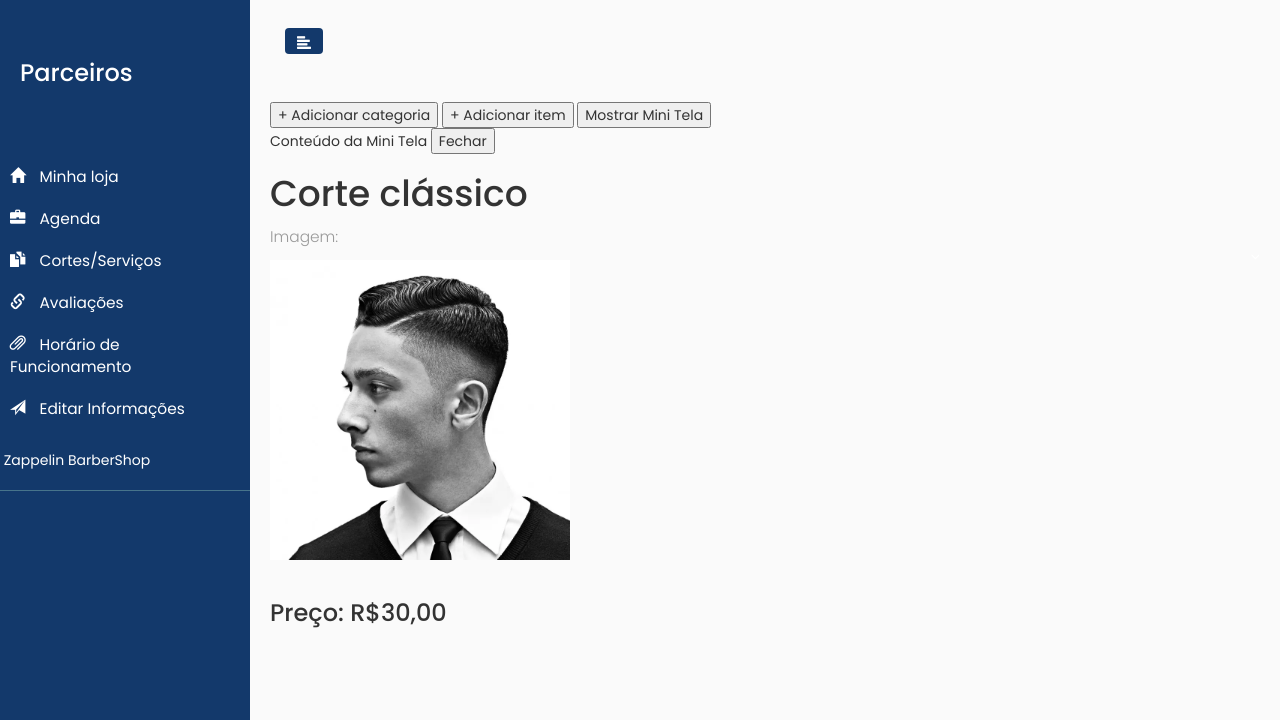
Repository: aquilesascar/barberconnect
Page: http://localhost/corteclassico.php
An editor plug-in stored every save of this project. The page is shown before and after a run of saves, followed by the edit.
The browser window is 1280 px wide. The pictures show the whole page.
The page is run by PHP 8.4 with error messages shown; the project is at /var/www/html/.

Above is the page before, as saved 2023-10-09 14:33:22.

### corteclassico.php
<!DOCTYPE html>
<html>

<head>
    <meta charset="utf-8">
    <meta name="viewport" content="width=device-width, initial-scale=1.0">
    <meta http-equiv="X-UA-Compatible" content="IE=edge">

    <title>Barra de tarefas</title>

    <!-- Bootstrap CSS CDN -->
    <link rel="stylesheet" href="https://maxcdn.bootstrapcdn.com/bootstrap/3.3.7/css/bootstrap.min.css">
    <!-- Our Custom CSS -->
    <link rel="stylesheet" href="../TCC/assets/css/style4.css">

</head>

<body>
    <div class="wrapper">
        <?php
        //INCLUSÃO DO MENU
        include_once('menu.php');
        ?>
        <!-- Page Content Holder -->
        <div id="content">


            <div class="container-fluid">

                <div class="navbar-header">
                    <button type="button" id="sidebarCollapse" class="btn btn-info navbar-btn">
                        <i class="glyphicon glyphicon-align-left"></i>

                    </button>
                </div>

                <div class="collapse navbar-collapse" id="bs-example-navbar-collapse-1">

                </div>
            </div>
            </nav>
            <br><br>
            <button class="categoria">+ Adicionar categoria</button>
            <button class="item">+ Adicionar item</button>







            <button id="mostrarBtn">Mostrar Mini Tela</button>

            <div id="miniTelaLateral">
                Conteúdo da Mini Tela
                <button id="fecharBtn">Fechar</button>
            </div>








            <h1>Corte clássico</h1>
            <p>Imagem:</p>
            <img src="../TCC/assets/img/classiccorte.webp" alt="" class="img">
            <style>
                .img {
                    width: 300px;
                    height: auto;
                }
            </style>
            <h3>Preço: R$30,00</h3>

        </div>
    </div>

    <!-- jQuery CDN -->
    <script src="https://code.jquery.com/jquery-1.12.0.min.js"></script>
    <!-- Bootstrap Js CDN -->
    <script src="https://maxcdn.bootstrapcdn.com/bootstrap/3.3.7/js/bootstrap.min.js"></script>

    <script type="text/javascript">
        $(document).ready(function() {
            $('#sidebarCollapse').on('click', function() {
                $('#sidebar').toggleClass('active');
            });
        });
    </script>
</body>

</html>

### menu.php
<nav id="sidebar">
    <div class="sidebar-header">
        <h3>Parceiros</h3>
        <strong>BC</strong>
    </div>

    <ul class="list-unstyled components">
        <li>
            <a href="index4.php">
                <i class="glyphicon glyphicon-home"></i>
                Minha loja
            </a>

        </li>
        <li>
            <a href="agenda.php">
                <i class="glyphicon glyphicon-briefcase"></i>
                Agenda
            </a>

            <a href="corteclassico.php" aria-expanded="false">
                <i class="glyphicon glyphicon-duplicate"></i>
                Cortes/Serviços
            </a>
        </li>
        <li>
            <a href="avaliacoes.php">
                <i class="glyphicon glyphicon-link"></i>
                Avaliações
            </a>
        </li>
        <li>
            <a href="horario.php">
                <i class="glyphicon glyphicon-paperclip"></i>
                Horário de Funcionamento
            </a>
        </li>
        <li>
            <a href="#">
                <i class="glyphicon glyphicon-send"></i>
                Editar Informações
            </a>
        </li>
        <li>
            <a href="#"></a>
            <i class="glyphicon glyphicon-logout"></i>
            Zappelin BarberShop
        </li>
    </ul>

</nav>

### assets/css/style4.css
@import "https://fonts.googleapis.com/css?family=Poppins:300,400,500,600,700";

.form-check form-switch {
    text-align: justify;
}

h2 {
    padding-top: 20px;
}

h3 {
    padding-bottom: 20px;
    padding-top: 20px;
}

#sidebarCollapse {
    display: flex;
    align-items: center;
    justify-content: center;
}

#sidebarCollapse:hover {

    background-color: #05234b;
    color: white;
    align-items: center;
}

#lorem{
    color: #fafafa;
    font-size: 14px;
    user-select: none; /* Evita a seleção de texto */
    cursor: default;   /* Mantém o cursor padrão */
}


.coverImg {
    display: flex;
    justify-content: center;
}

.cover {
    border-radius: 8px;
}

.images {
    padding-bottom: 6% !important;
}

.linha{
    padding-bottom: 3%;
}

.filtros button {
    align-items: center !important;
    justify-content: center;
    border-radius: 25px !important;
    padding: 5px 17px;
    background-color: transparent;
    border-color: #8c8c8c !important;
    color: #8c8c8c;
    font-size: 16px !important;
    margin-right: 20px;
    font-weight: 450;
}

.filtros button:hover {
    background-color: transparent !important;
    /* Remove a mudança de cor de fundo */
    border-color: #6a6a6a !important;
    /* Remove a mudança de cor da borda */
    color: #6a6a6a !important;
    /* Remove a mudança de cor do texto */
}

.btn-primary {
    align-items: center !important;
    justify-content: center;
    border-radius: 5px !important;
    background-color: transparent;
    border-color: #080808 !important;
    color: #8c8c8c;
    font-size: 13px;
    margin-right: 20px;
    font-weight: 450;
}

.btn-primary:hover {
    background-color: transparent !important;
    /* Remove a mudança de cor de fundo */
    border-color: #6a6a6a !important;
    /* Remove a mudança de cor da borda */
    color: #6a6a6a !important;
    /* Remove a mudança de cor do texto */
}

.filtros {
    padding-bottom: 1%;

}

.divForm {
    margin-left: 10%;
    margin-right: 10%;
    border-radius: 6px;
    background-color: white;
    position: relative;
}

.divTable {
    border-radius: 6px;
    background-color: white;
    position: relative;
    box-shadow: 0 4px 8px 0 rgba(0, 0, 0, 0.2);
}

.divTable table {
    width: 100%;
    border-collapse: collapse;
    font-family: Arial, sans-serif;
}

.divTable th {
    background-color: #13396B;
    color: white;
    padding: 10px;
    text-align: center;
}

.divTable td {
    padding: 18px;
    text-align: center;
    border-bottom: 1px solid #ddd;
}

.divTable tr:hover {
    background-color: #f5f5f5;
}

.divTable caption {
    caption-side: top;
    text-align: center;
    font-weight: bold;
}


.barberItem {
    box-sizing: border-box;
    width: calc(100% / 3 - 10px);
    height: 200px;
    display: inline-block;
    position: relative;
    border-radius: 15px; /* Adiciona bordas arredondadas */
    box-shadow: 0 4px 8px 0 rgba(0,0,0,0.2); /* Adiciona sombra */
    transition: transform 0.4s ease, box-shadow 0.2s ease;
    background-color: #ffffff; /* Adiciona cor de fundo */
    padding: 10px 20px;
    margin-right: 6px;
    margin-bottom: 20px; /* Espaçamento entre as linhas */
}

.barberItem:hover {
    border-color: #6a6a6a !important;
    cursor: pointer;
}

.barberItem p {
    padding-left: 15%;
    font-size: 20px !important;
    padding-bottom: 20% !important;
    display: inline-block !important;
}

.barberText {
    margin-left: 85px;
    font-size: 24px;
    align-items: center;
    position: relative;
    top: -78px;
}

.description {
    padding-top: 4%;
}

.itemDescription {
    color: #8c8c8c;
    display: block;
    padding-bottom: 5%;
}

.price {
    padding-top: 5%;
    font-weight: 700;
    font-size: 20px;
}

.infos {
    position: relative;
    top: -1px;
    display: flex;
    justify-content: space-between;
    /* Isso substituirá a necessidade de float: right; */
}

.rightInfo {
    clear: both;
}

.itemName {
    font-size: 20px;
    font-weight: 600;
    position: relative;
}

.bi-star-fill {
    font-size: 16px;

}

.barberInfo {
    padding-top: 5%;
    font-size: 16px;
}

.avaliacao {
    color: rgb(255, 213, 0);
    text-decoration: underline;
    transition: color 0.2s ease;
}

.avaliacao:hover {
    cursor: pointer;
    color: rgb(251, 209, 0);
}

.distancia {
    color: rgba(0, 0, 0, 0.45);
}

.barberText {
    padding-top: 3px;
    font-size: 16px;
}

.barberName {
    font-size: 24px;
    font-weight: 700;
    position: relative;

}

.images img {
    padding-right: 3% !important;
}

body {
    font-family: 'Poppins', sans-serif;
    background: #fafafa;
}

p {
    font-family: 'Poppins', sans-serif;
    font-size: 1.1em;
    font-weight: 300;
    line-height: 1.7em;
    color: #999;
}

a,
a:hover,
a:focus {
    color: inherit;
    text-decoration: none;
    transition: all 0.3s;
}

.navbar {
    padding: 15px 10px;
    background: #fff;
    border: none;
    border-radius: 0;
    margin-bottom: 40px;
    box-shadow: 1px 1px 3px rgba(0, 0, 0, 0.1);
}

.minImg {
    position: absolute;
    right: 0;
    top: 50%;
    transform: translateY(-50%);
    padding-right: 5%;

}


.images img {
    padding-right: 3% !important;
}

.navbar-btn {
    box-shadow: none;
    outline: none !important;
    border: none;
    color: #ffffff;
    background-color: #13396B;
}

.line {
    width: 100%;
    height: 1px;
    border-bottom: 1px dashed #ddd;
    margin: 40px 0;
}

i,
span {
    display: inline-block;
}

/* ---------------------------------------------------
    SIDEBAR STYLE
----------------------------------------------------- */
.wrapper {
    display: flex;
    height: 100%;
    /*align-items: stretch;*/
}

#agenda {
    background-color: #13396B !important;
    color: white;
    cursor: default;
}

#thData:hover {
    cursor: pointer;
}

#sidebar {
    min-width: 250px;
    max-width: 250px;
    background: #13396B;
    color: #ffffff;
    transition: all 0.3s;
}

#sidebar.active {
    min-width: 80px;
    max-width: 80px;
    text-align: center;
}

#sidebar.active .sidebar-header h3,
#sidebar.active .CTAs {
    display: none;
}

#sidebar.active .sidebar-header strong {
    display: block;
}

#sidebar ul li a {
    text-align: left;
}

#sidebar.active ul li a {
    padding: 20px 10px;
    text-align: center;
    font-size: 0.85em;
}

#sidebar.active ul li a i {
    margin-right: 0;
    display: block;
    font-size: 1.8em;
    margin-bottom: 5px;
}

#sidebar.active ul ul a {
    padding: 10px !important;
}

#sidebar.active a[aria-expanded="false"]::before,
#sidebar.active a[aria-expanded="true"]::before {
    top: auto;
    bottom: 5px;
    right: 50%;
    -webkit-transform: translateX(50%);
    -ms-transform: translateX(50%);
    transform: translateX(50%);
}

#sidebar .sidebar-header {
    padding: 20px;
    background: #13396B;
}

#sidebar .sidebar-header strong {
    display: none;
    font-size: 1.8em;
}

#sidebar ul.components {
    padding: 20px 0;
    border-bottom: 1px solid #47748b;
}

#sidebar ul li a {
    padding: 10px;
    font-size: 1.1em;
    display: block;
}

#sidebar ul li a:hover {
    color: #13396B;
    background: #fff;
}

#sidebar ul li a i {
    margin-right: 10px;
}

#sidebar ul li.active>a,
a[aria-expanded="true"] {
    color: #fff;
    background: #13396B;
}


a[data-toggle="collapse"] {
    position: relative;
}

a[aria-expanded="false"]::before,
a[aria-expanded="true"]::before {
    content: '\e259';
    display: block;
    position: absolute;
    right: 20px;
    font-family: 'Glyphicons Halflings';
    font-size: 0.6em;
}

a[aria-expanded="true"]::before {
    content: '\e260';
}


ul ul a {
    font-size: 0.9em !important;
    padding-left: 30px !important;
    background: #13396B;
}

ul.CTAs {
    padding: 20px;
}

ul.CTAs a {
    text-align: center;
    font-size: 0.9em !important;
    display: block;
    border-radius: 5px;
    margin-bottom: 5px;
}

a.download {
    background: #13396B;
    color: #13396B;
}

a.article,
a.article:hover {
    background: #13396B !important;
    color: #fff !important;
}

#imgCorte {
    width: 100px;
}

/* ---------------------------------------------------
    CONTENT STYLE
----------------------------------------------------- */
#content {
    padding: 20px;
    min-height: 100vh;
    transition: all 0.3s;
}


/* ---------------------------------------------------
    MEDIAQUERIES
----------------------------------------------------- */
@media (max-width: 768px) {
    #sidebar {
        min-width: 80px;
        max-width: 80px;
        text-align: center;
        margin-left: -80px !important;
    }

    a[aria-expanded="false"]::before,
    a[aria-expanded="true"]::before {
        top: auto;
        bottom: 5px;
        right: 50%;
        -webkit-transform: translateX(50%);
        -ms-transform: translateX(50%);
        transform: translateX(50%);
    }

    #sidebar.active {
        margin-left: 0 !important;
    }

    #sidebar .sidebar-header h3,
    #sidebar .CTAs {
        display: none;
    }

    #sidebar .sidebar-header strong {
        display: block;
    }

    #sidebar ul li a {
        padding: 20px 10px;
    }

    #sidebar ul li a span {
        font-size: 0.85em;
    }

    #sidebar ul li a i {
        margin-right: 0;
        display: block;
    }

    #sidebar ul ul a {
        padding: 10px !important;
    }

    #sidebar ul li a i {
        font-size: 1.3em;
    }

    #sidebar {
        margin-left: 0;
    }

    #sidebarCollapse span {
        display: none;
    }
}

After the next 3 saves:
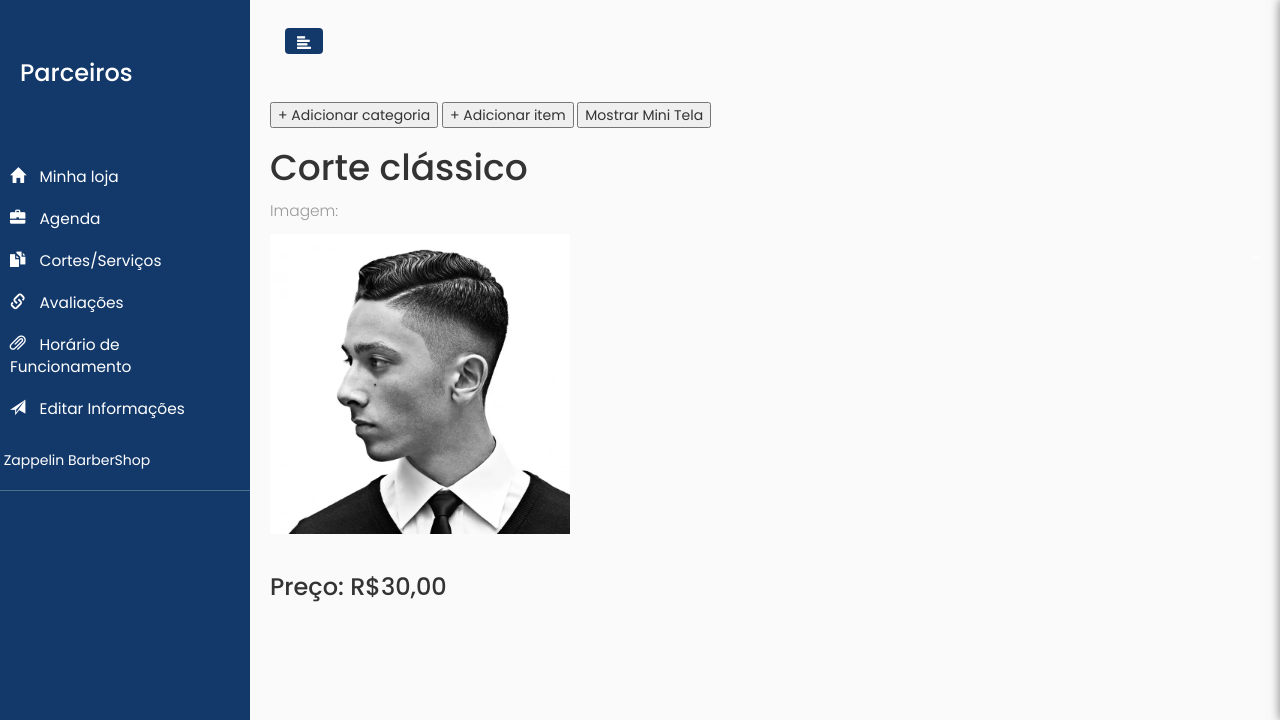
The 3 saves are shown as one change because they came seconds apart.
The last was saved 21 s later.
--- a/corteclassico.php
+++ b/corteclassico.php
@@ -55,7 +55,26 @@
                 Conteúdo da Mini Tela
                 <button id="fecharBtn">Fechar</button>
             </div>
+            <style>
+                #miniTelaLateral {
+                    position: fixed;
+                    top: 0;
+                    right: -250px;
+                    /* Inicialmente, a tela lateral está fora da tela */
+                    width: 250px;
+                    height: 100%;
+                    background-color: #f1f1f1;
+                    padding: 20px;
+                    box-shadow: 0px 0px 10px 0px rgba(0, 0, 0, 0.5);
+                    transition: right 0.3s ease;
+                    /* Adiciona uma transição suave ao movimento da tela lateral */
+                }
 
+                #miniTelaLateral.show {
+                    right: 0;
+                    /* Mostra a tela lateral quando a classe "show" é adicionada */
+                }
+            </style>
 
 
 
